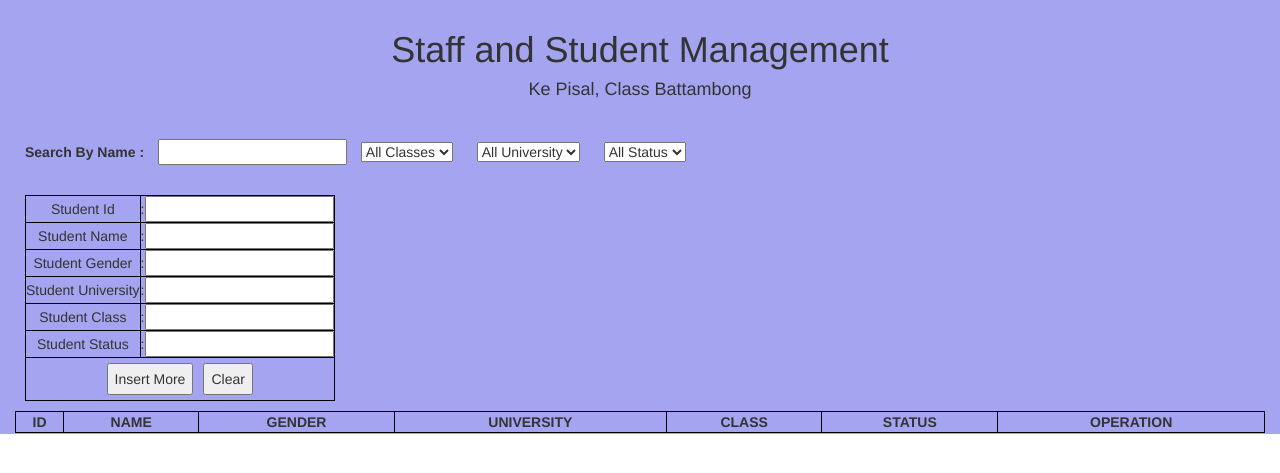
Repository: kepisal/ServletJAVA
Page: http://localhost/AjaxStaffandStudent/
An editor plug-in stored every save of this project. The page is shown before and after the next save, followed by the edit.
The browser window is 1280 px wide. The pictures show the whole page.
The page is served by Tomcat 9. Queries for data that is not in the repository find no rows.

Above is the page before, as saved 2015-07-10 16:30:35.

After the next save:
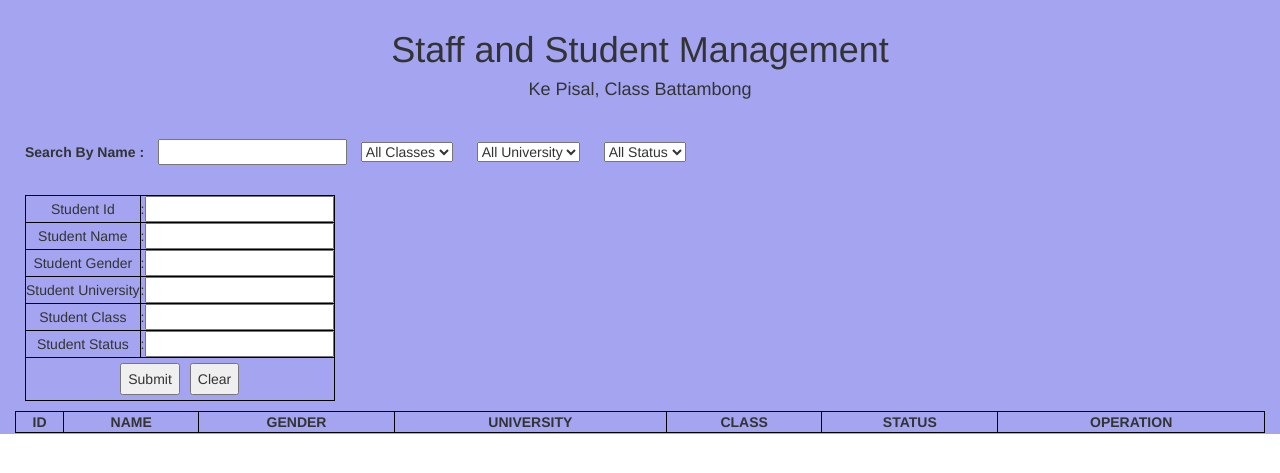
Saved 8 s later.
--- a/AjaxStaffandStudent/WebContent/index.jsp
+++ b/AjaxStaffandStudent/WebContent/index.jsp
@@ -86,8 +86,7 @@ button {
 				<tr><td>Student University</td><td>:<input/></td></tr>
 				<tr><td>Student Class</td><td>:<input/></td></tr>
 				<tr><td>Student Status</td><td>:<input/></td></tr>
-				<tr><td colspan="2"><button id="btnadd btn btn-success" onclick="add()">Insert
-				More</button><button id="btnclear btn btn-success" onclick="add()">Clear</button></td></tr>
+				<tr><td colspan="2"><button id="btnadd btn btn-success" onclick="add()">Submit</button><button id="btnclear btn btn-success" onclick="add()">Clear</button></td></tr>
 			</table>
 		</div>
 		<div id="sbody">
